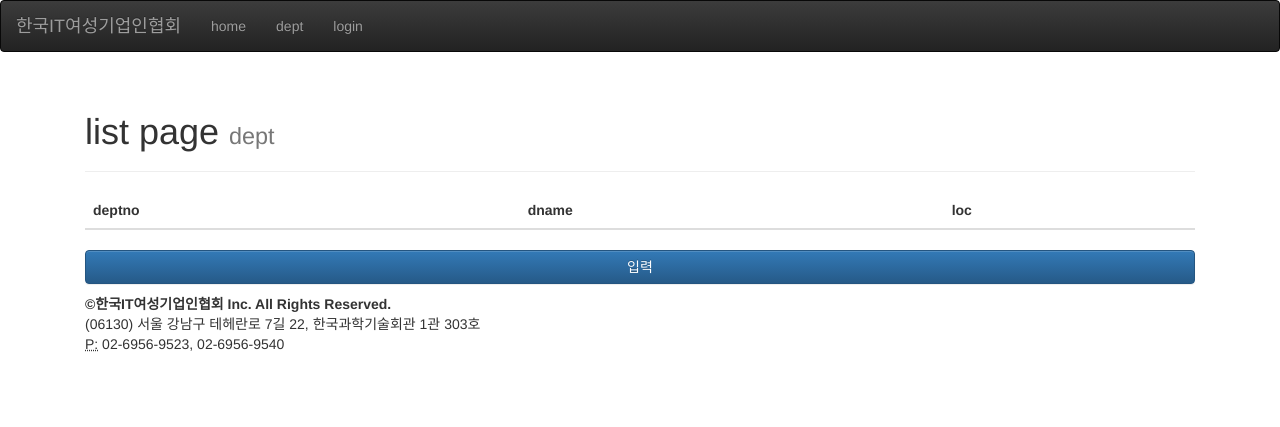
Repository: minho00123/sw-professional-training
Page: http://localhost/sts06/WEB-INF/views/dept/list.jsp
An editor plug-in stored every save of this project. The page is shown before and after the next save, followed by the edit.
The browser window is 1280 px wide. The pictures show the whole page.
The page is served by Tomcat 9. Nobody is signed in. The template is opened directly, without the code that normally fills it, so the values that code supplies are empty.

Above is the page before, as saved 2025-05-20 07:21:30.
Console error (its wording comes from the project's code and is left out).

After the next save:
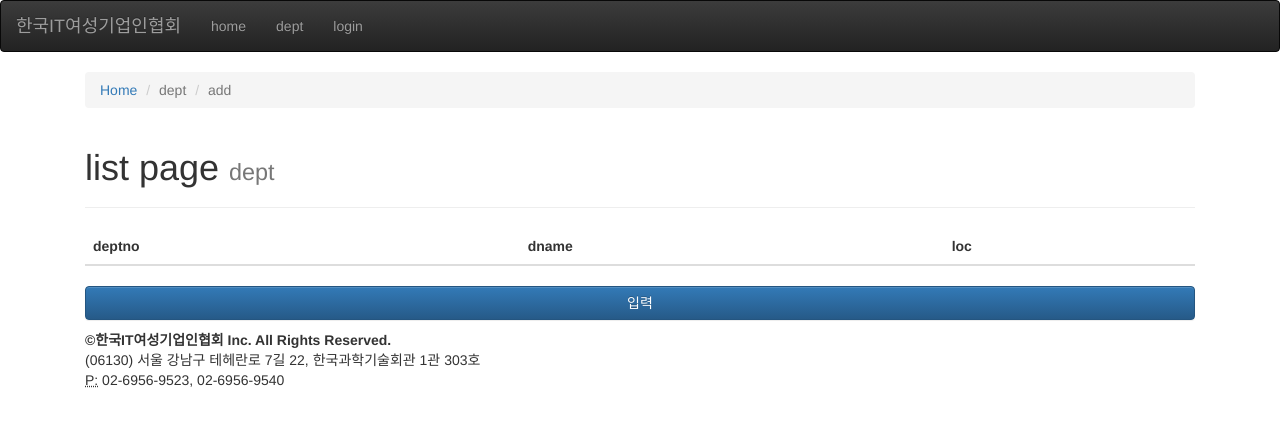
Saved 33 s later.
--- a/stsWorkspace/sts06/src/main/webapp/WEB-INF/views/dept/list.jsp
+++ b/stsWorkspace/sts06/src/main/webapp/WEB-INF/views/dept/list.jsp
@@ -9,6 +9,11 @@
 </head>
 <body>
 	<%@ include file="../layout/menu.jspf"%>
+	<ol class="breadcrumb">
+		<li><a href="${pageContext.request.contextPath }/">Home</a></li>
+		<li class="active">dept</li>
+		<li class="active">add</li>
+	</ol>
 	<div class="page-header">
 		<h1>
 			list page <small>dept</small>
